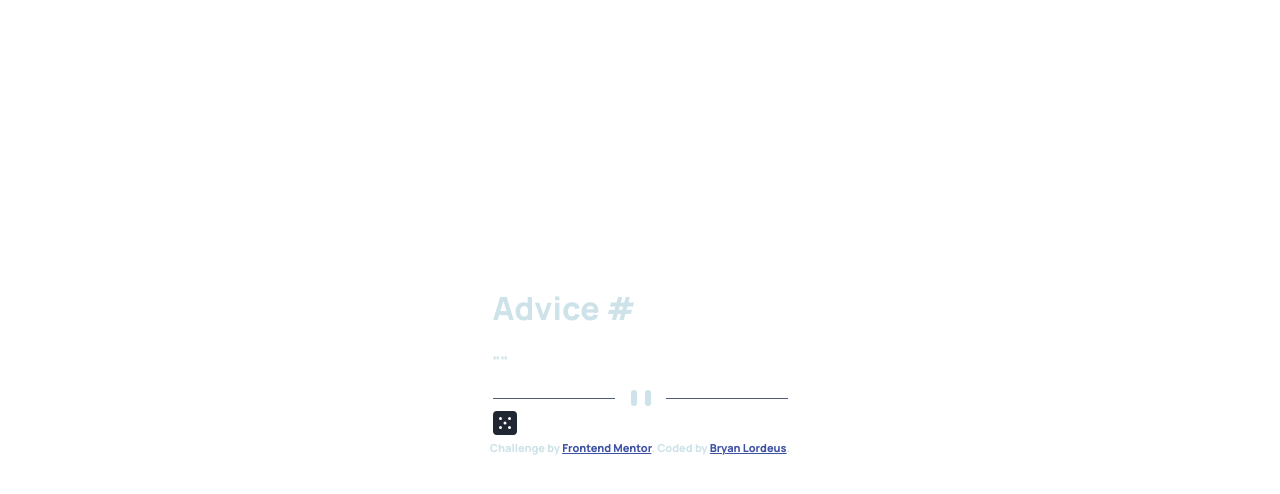
Repository: blordeus/advice-generator-app-main
Page: index.html
These files come from the project's save history. The page is drawn as it stood at one moment and after the next save; the edit follows.
The browser window is 1280 px wide. The pictures show the whole page.

Above is the page before, as saved 2023-08-22 22:16:08.

After the next save:
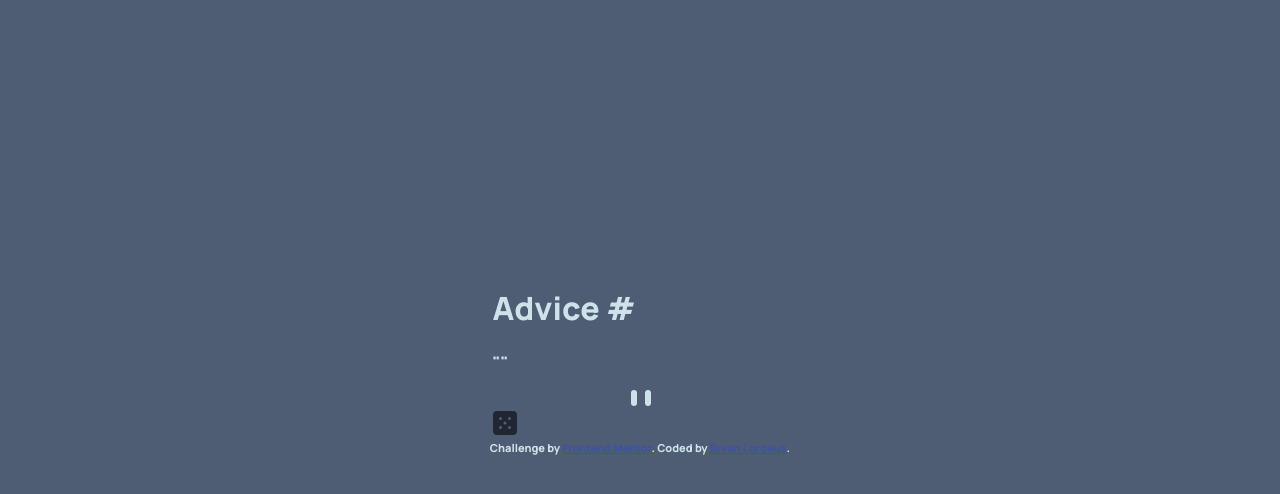
Saved 5 s later.
--- a/style.css
+++ b/style.css
@@ -10,7 +10,7 @@
 
 body{
     font-family: 'Manrope', sans-serif;
-    background-color: var(---Blue);
+    background-color: var(--Grayish-Blue);
     color: var(--Light-Cyan);
     display: flex;
     flex-direction: column;
